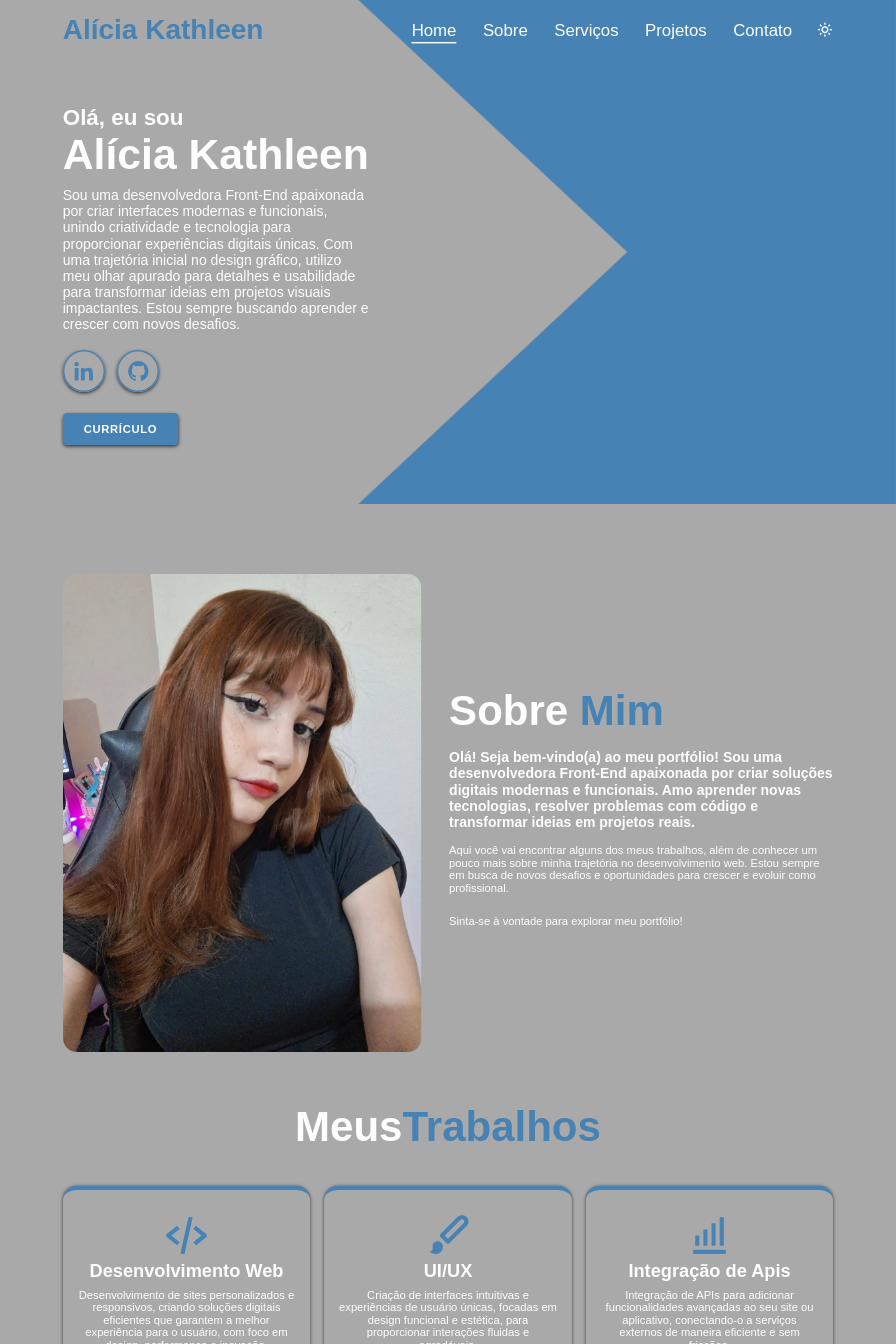
Repository: AliciaKathleen/portfolio-2025
Page: index.html
The author's editor kept a copy of each file at every save. The page is drawn from the files as they stood at one save, then again after the next save.
The browser window is 1280 px wide. The pictures show the part of the page from y = 0 to 1920 px (the page is 3946 px tall), at 70% of full size.
Empty fields were first filled with sample values (such as "Sample", 5 or name@example.com).
After loading, the first visible `#darkMode-icon` was clicked once.

Above is the page before, as saved 2025-01-27 16:56:28.
Console error: TypeError: Cannot read properties of null (reading 'classList')

After the next save:
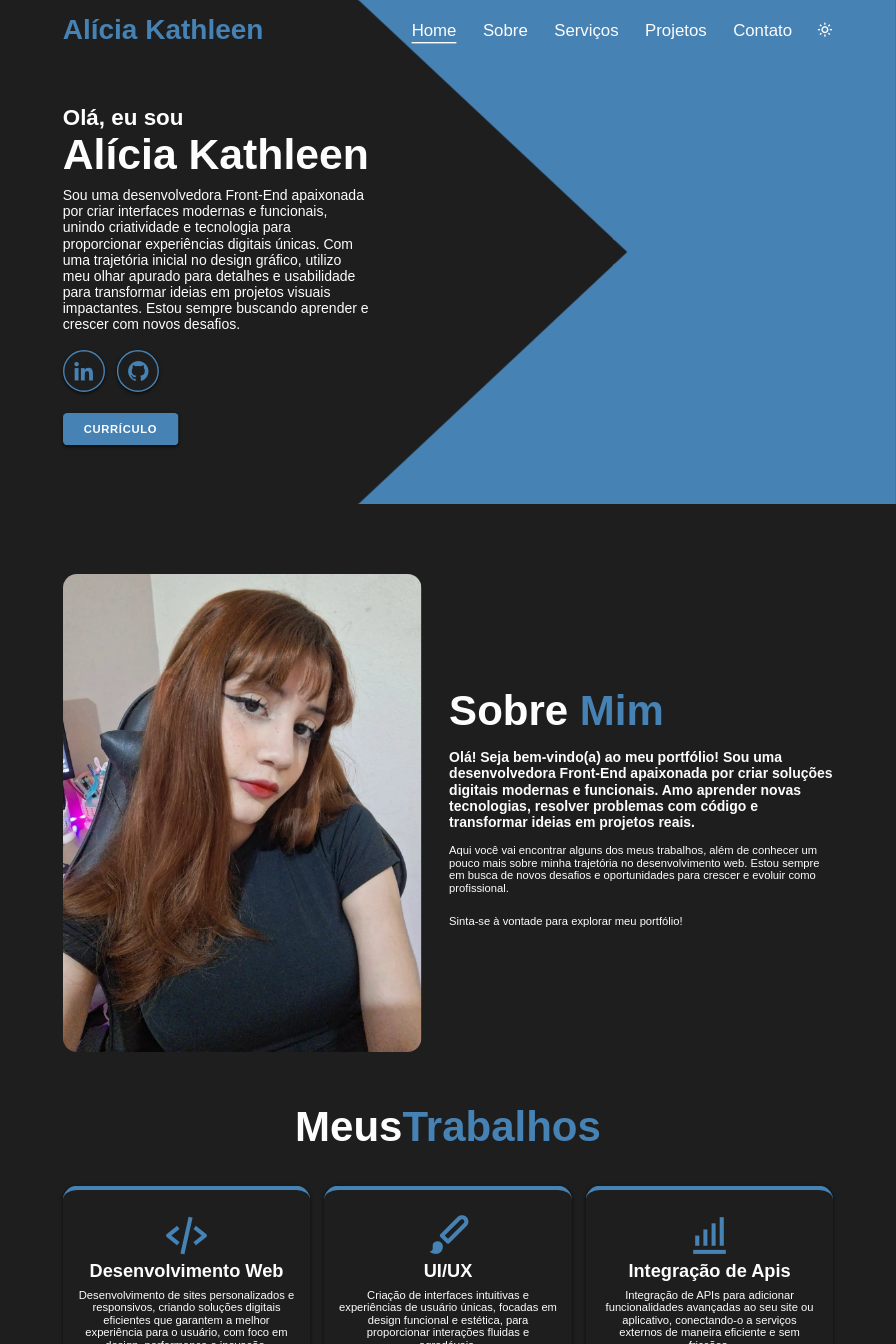
Saved 2 min 15 s later.
--- a/style.css
+++ b/style.css
@@ -23,7 +23,7 @@
 }
 
 .dark-mode {
-    --bg-color: #A9A9A9;
+    --bg-color: #1E1E1E;
     --text-color: #fdfdfd;
     --shadow-color: rgba(0, 0, 0, .7);
 }
